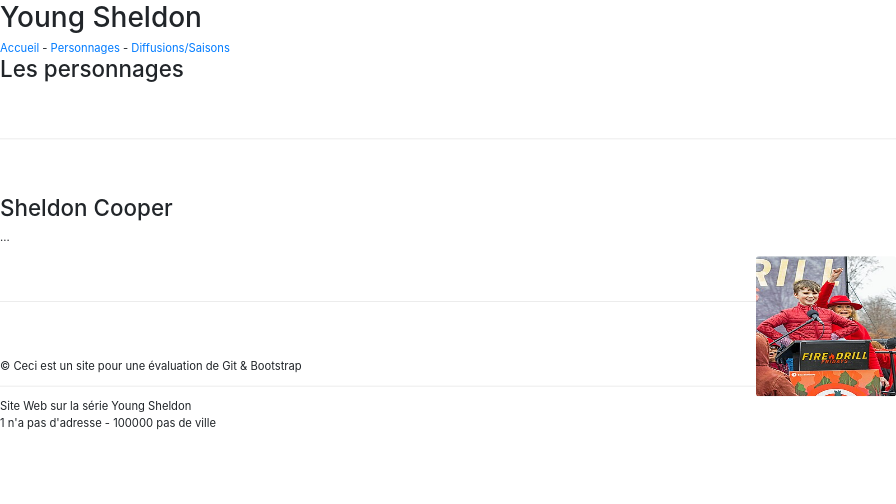
Repository: jkoz-dev/Site_Web_Young_Sheldon_KOZIEL.github.io
Page: personnages.html
An editor plug-in stored every save of this project. The page is shown before and after the next save, followed by the edit.
The browser window is 1280 px wide. The pictures show the part of the page from y = 0 to 1920 px (the page is 720 px tall before and 3566 px after), at 70% of full size.

Above is the page before, as saved 2025-12-12 11:43:01.

After the next save:
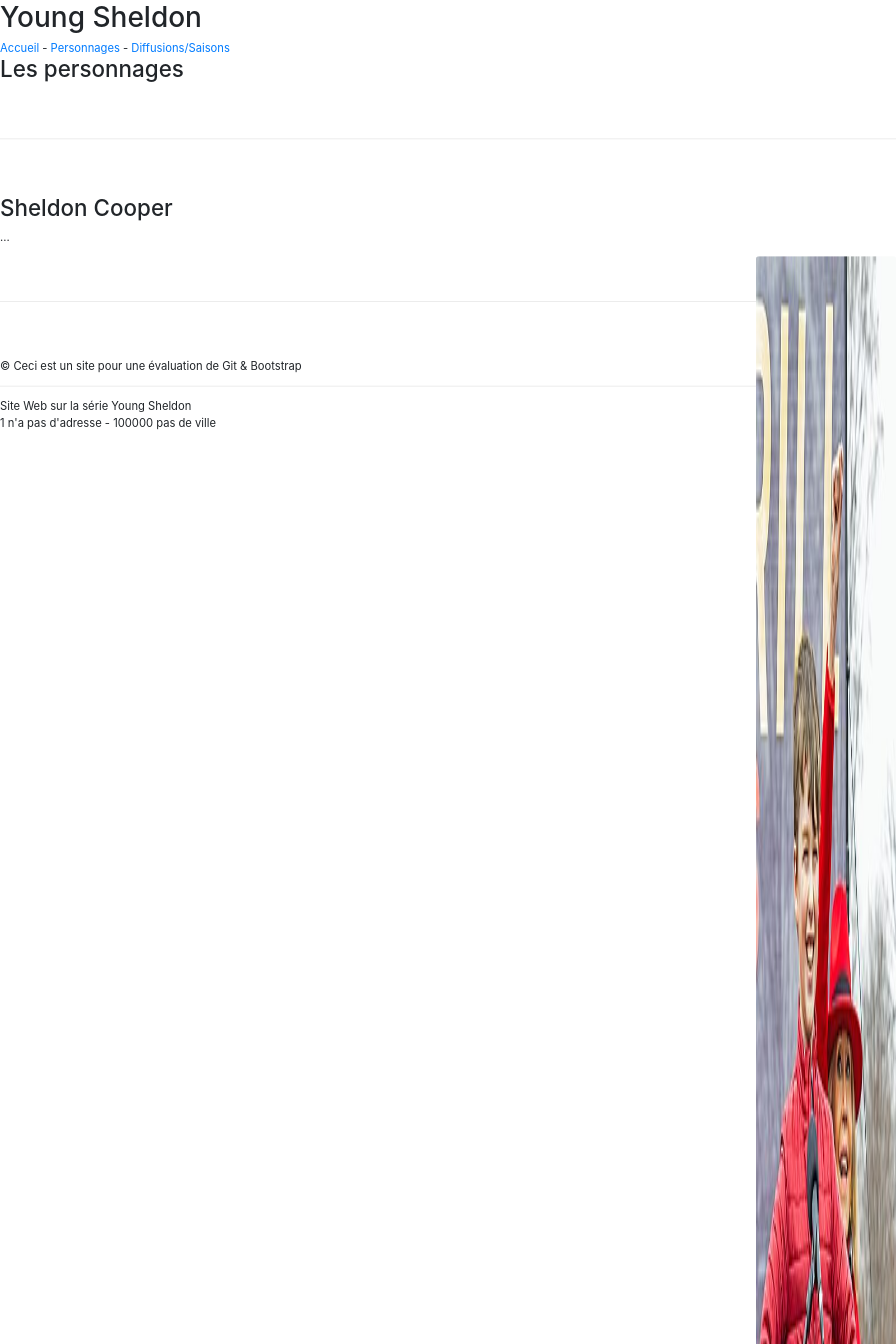
Saved 7 s later.
--- a/personnages.html
+++ b/personnages.html
@@ -25,7 +25,7 @@
     <hr class="barre_separation">
     <h2>Sheldon Cooper</h2>
     <p>...</p>
-    <img src="./images/sheldon_cooper.jpg" class="rounded float-right" alt="sheldon cooper jeune" width="200" height="200">
+    <img src="./images/sheldon_cooper.jpg" class="rounded float-right" alt="sheldon cooper jeune" width="200" height=3200">
     <hr class="barre_separation">
 
     <footer>
